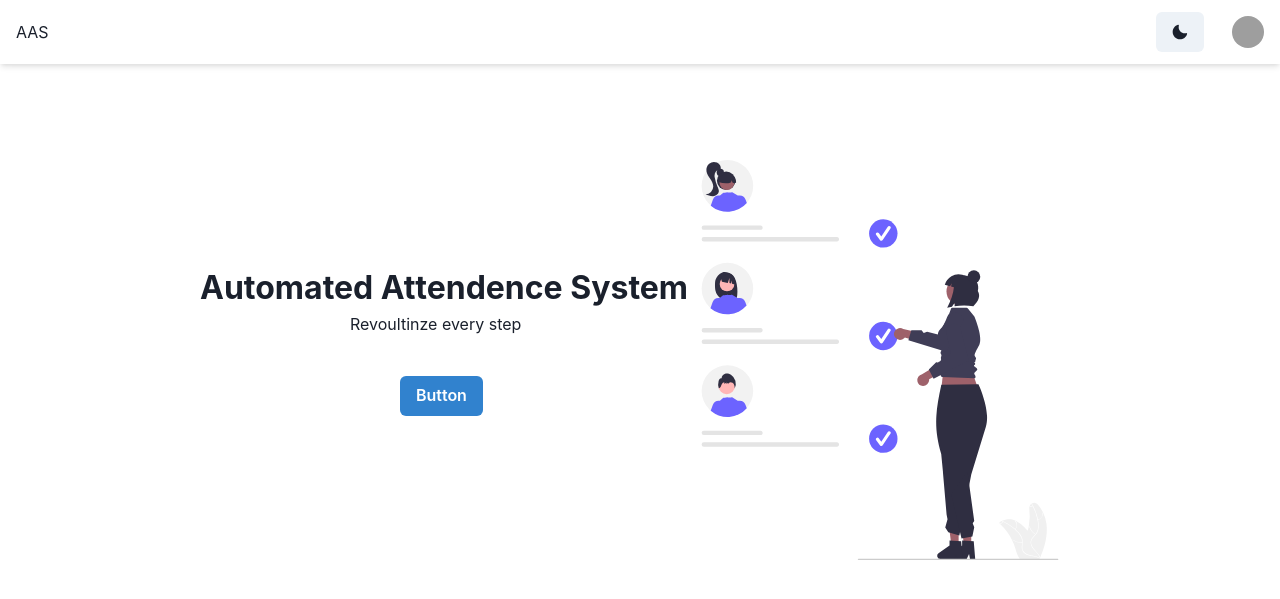
Repository: shash0708/attendence
Page: /
These files come from the project's save history. The page is drawn as it stood at one moment and after the next save; the edit follows.
The browser window is 1280 px wide. The pictures show the whole page.
Pictures or frames that could not be fetched are drawn as grey boxes. The project was rebuilt for these pictures with package versions that can differ from the ones it lists, and the page was loaded fresh each time. Also part of the build but not shown: src/App.css, src/components/Login/Login.component.jsx, src/components/Signup/Signup.component.jsx, src/routes/Authentication/Authentication.component.jsx.

Above is the page before, as saved 2024-04-06 20:44:31.

### src/index.js
import React from 'react';
import ReactDOM from 'react-dom/client';
import './index.css';
import App from './App';
import reportWebVitals from './reportWebVitals';
import { BrowserRouter } from 'react-router-dom';
import { ChakraProvider } from '@chakra-ui/react'

const root = ReactDOM.createRoot(document.getElementById('root'));
root.render(
  <React.StrictMode>
  <BrowserRouter>
<ChakraProvider>
    <App />
    </ChakraProvider>
    </BrowserRouter>

  </React.StrictMode>
);

// If you want to start measuring performance in your app, pass a function
// to log results (for example: reportWebVitals(console.log))
// or send to an analytics endpoint. Learn more: https://bit.ly/CRA-vitals
reportWebVitals();

### src/App.js
import './App.css';
import Home from './routes/Home/Home.component.jsx'
import { Routes,Route} from 'react-router-dom';
import Authentication from './routes/Authentication/Authentication.component';

function App() {
  return (
    <Routes>
    <Route index element={<Home/>}/>

    <Route path='auth' element={<Authentication/>}/>

    </Routes>
  );
}

export default App;

### src/routes/Home/Home.component.jsx
import React from 'react'
import { Outlet } from 'react-router-dom';
import Nav from '../../components/Navbar/Navbar.component';
import HomeProp from '../../components/homeProp/HomeProp.component';
const Home  = () => {
  return (
    <div>
       <Nav/>
       <HomeProp />
       <Outlet/>
    </div>
  )
}

export  default Home;

### client/src/components/Navbar/Navbar.component.jsx
'use client'

import {
  Box,
  Flex,
  Avatar,
  Text,
  Button,
  Menu,
  MenuButton,
  MenuList,
  MenuItem,
  MenuDivider,
  useDisclosure,
  useColorModeValue,
  Stack,
  useColorMode,
  Center,
} from '@chakra-ui/react'
import { MoonIcon, SunIcon } from '@chakra-ui/icons'
import { Link, Outlet } from 'react-router-dom';

const NavLink = (props) => {
  const { children } = props

  return (
    <Box
      as="a"
      px={2}
      py={1}
      rounded={'md'}
      _hover={{
        textDecoration: 'none',
        bg: useColorModeValue('gray.200', 'gray.700'),
      }}
      href={'#'}>
      {children}
    </Box>
  )
}

export default function Nav() {
  const { colorMode, toggleColorMode } = useColorMode();
  const { isOpen, onOpen, onClose } = useDisclosure();
  return (
    <div>
      <Box

        px={4}
        shadow="md"
        style={{ backdropFilter: 'blur(10px)' }} // Adds blur effect to the background
      >
        <Flex h={16} alignItems={'center'} justifyContent={'space-between'}>
          <Box>
          <Link to="/">AAS</Link>

          </Box>

          <Flex alignItems={'center'}>
            <Stack direction={'row'} spacing={7}>
              <Button onClick={toggleColorMode}>
                {colorMode === 'light' ? <MoonIcon /> : <SunIcon />}
              </Button>

              <Menu>
                <MenuButton
                  as={Button}
                  rounded={'full'}
                  variant={'link'}
                  cursor={'pointer'}
                  minW={0}>
                  <Avatar
                    size={'sm'}
                    src={'https://avatars.dicebear.com/api/male/username.svg'}
                  />
                </MenuButton>
                <MenuList alignItems={'center'} shadow="lg">
                  <br />
                  <Center>
                    <Avatar
                      size={'2xl'}
                      src={'https://avatars.dicebear.com/api/male/username.svg'}
                    />
                  </Center>
                  <br />
                  <Center>
                    <p>Username</p>
                  </Center>
                  <br />
                  <MenuDivider />
                  <MenuItem>Your Servers</MenuItem>
                  <MenuItem>Account Settings</MenuItem>
                  <MenuItem>Logout</MenuItem>
                </MenuList>
              </Menu>
            </Stack>
          </Flex>
        </Flex>
      </Box>
      <Outlet />
    </div>
  );
}

### src/components/homeProp/HomeProp.component.jsx
import React, { Fragment } from 'react'
import { ReactComponent as HomeLogo } from '../../assests/home.svg'
import ButtonProp from '../Button/Button.component'
import './HomeProp.styles.scss';
const HomeProp= () => {
  return (
    <Fragment>
<div className='text-container'>
    <h1>Automated Attendence  System</h1>

    </div>
    <div className='revolutionze'>
    <p>Revoultinze every step</p>
    </div>
    <div className='button-prop'>
    <ButtonProp/>
        </div>

      <HomeLogo className='home-prop'/>
    </Fragment>
  )
}

export default HomeProp;

### src/components/Button/Button.component.jsx
import { Button, ButtonGroup } from '@chakra-ui/react'

import React from 'react'

const ButtonProp = () => {
  return (
    <div>
    <Button colorScheme='blue'>Button</Button>
    </div>
  )
}

export default ButtonProp;

### src/components/homeProp/HomeProp.styles.scss
// Use variables to style your logo
.home-prop{
  width: 1000px;
  height: 400px;  // Add other styling properties as needed
  position: fixed;
  top: 50%; // Adjust as needed
  right: -100px; // Adjust as needed
  transform: translateY(-50%);
}

.text-container{
  font-size: xx-large;
  font-weight: bolder;
  position: fixed;
  top: 40%; // Adjust as needed
  left: 200px; // Adjust as needed
  transform: translateY(-50%);

}


.revolutionze{
  font-size: medium;
  position: fixed;
  top: 45%; // Adjust as needed
  left: 350px; // Adjust as needed
  transform: translateY(-50%);
}

.button-prop{
  font-size: medium;
  position: fixed;
  top: 55%; // Adjust as needed
  left: 400px; // Adjust as needed
  transform: translateY(-50%);
}

Loaded but not shown: public/index.html (common file); src/index.css (common file); src/reportWebVitals.js (common file)

After the next save:
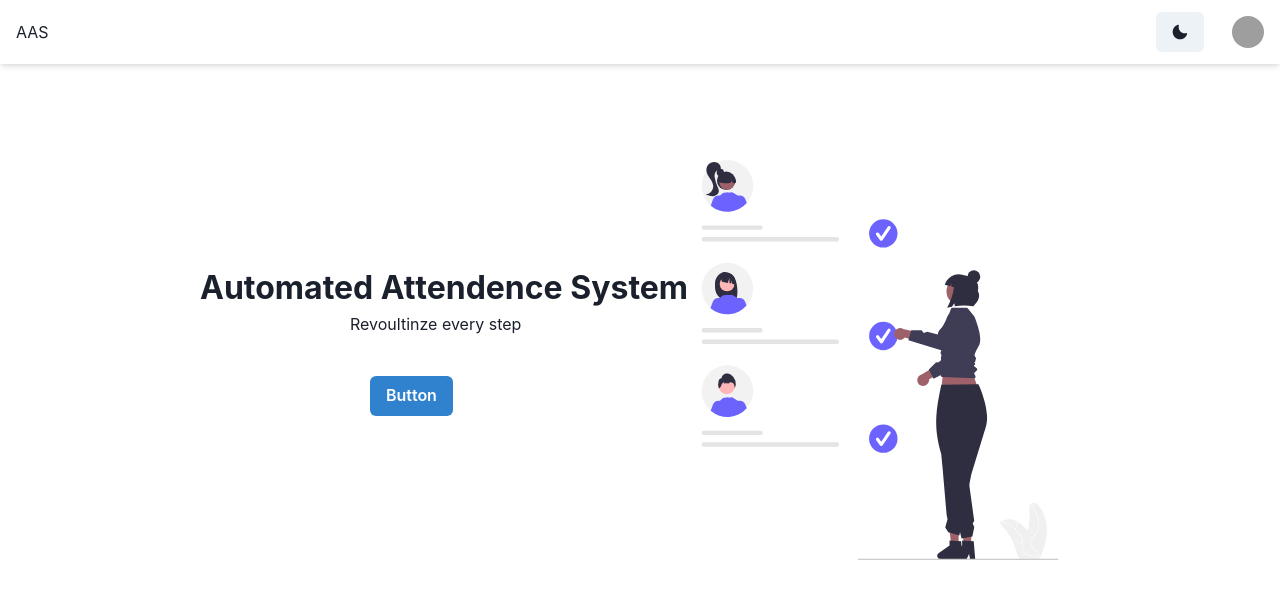
Saved 7 s later.
--- a/src/components/homeProp/HomeProp.styles.scss
+++ b/src/components/homeProp/HomeProp.styles.scss
@@ -31,6 +31,6 @@
   font-size: medium;
   position: fixed;
   top: 55%; // Adjust as needed
-  left: 400px; // Adjust as needed
+  left: 370px; // Adjust as needed
   transform: translateY(-50%);
 }
